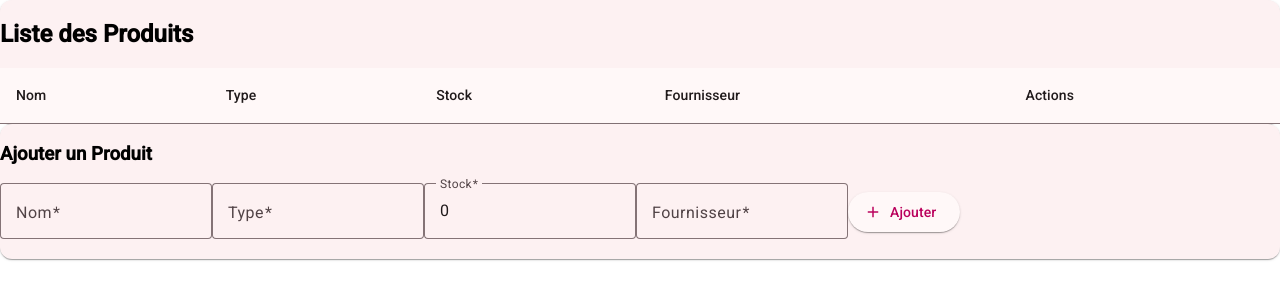
Repository: hadilXattia/Gestion_Production
Page: / (app in frontend-production/)
These files come from the project's save history. The page is drawn as it stood at one moment and after the next save; the edit follows.
The browser window is 1280 px wide. The pictures show the whole page.
The page's requests for data from a server got no answer. The project was rebuilt for these pictures with package versions that can differ from the ones it lists, and the page was loaded fresh each time. No one was signed in, and anything a server would have sent is missing. Also part of the build but not shown: frontend-production/angular.json, frontend-production/src/app/components/produit/ajouter-produit-dialog.component.ts, frontend-production/src/app/components/machine/machine.component.ts, frontend-production/src/app/services/machine.service.ts, frontend-production/src/app/components/technicien/technicien.component.ts, frontend-production/src/app/services/technicien.service.ts, frontend-production/src/app/components/ordre-fabrication/ordre-fabrication.component.ts, frontend-production/src/app/services/ordre-fabrication.service.ts and 2 more.

Above is the page before, as saved 2025-05-09 17:39:53.

### frontend-production/src/index.html
<!doctype html>
<html lang="en">
<head>
  <meta charset="utf-8">
  <title>FrontendProduction</title>
  <base href="/">
  <meta name="viewport" content="width=device-width, initial-scale=1">
  <link rel="icon" type="image/x-icon" href="favicon.ico">
  <link href="https://fonts.googleapis.com/css2?family=Roboto:wght@300;400;500&display=swap" rel="stylesheet">
  <link href="https://fonts.googleapis.com/icon?family=Material+Icons" rel="stylesheet">
</head>
<body class="mat-typography">
  <app-root></app-root>
</body>
</html>

### frontend-production/src/main.ts
import { bootstrapApplication } from '@angular/platform-browser';
import { AppComponent } from './app/app.component';
import { provideHttpClient } from '@angular/common/http';
import { importProvidersFrom } from '@angular/core';
import { FormsModule } from '@angular/forms';
import { provideRouter } from '@angular/router';
import { routes } from './app/app.routes';

bootstrapApplication(AppComponent, {
  providers: [
    provideHttpClient(),
    importProvidersFrom(FormsModule),
    provideRouter(routes)
  ]
});

### frontend-production/src/app/app.component.ts
import { Component } from '@angular/core';
import { RouterOutlet } from '@angular/router';

@Component({
  selector: 'app-root',
  imports: [RouterOutlet],
  templateUrl: './app.component.html',
  styleUrl: './app.component.css'
})
export class AppComponent {
  title = 'frontend-production';
}

### frontend-production/src/app/app.routes.ts
import { Routes } from '@angular/router';
import { ProduitComponent } from './components/produit/produit.component';
import { MachineComponent } from './components/machine/machine.component';
import { TechnicienComponent } from './components/technicien/technicien.component';
import { OrdreFabricationComponent } from './components/ordre-fabrication/ordre-fabrication.component';
import { MaintenanceComponent } from './components/maintenance/maintenance.component';

export const routes: Routes = [
  { path: 'produits', component: ProduitComponent },
  { path: 'machines', component: MachineComponent },
  { path: 'techniciens', component: TechnicienComponent },
  { path: 'ordres', component: OrdreFabricationComponent },
  { path: 'maintenances', component: MaintenanceComponent },
  { path: '', redirectTo: 'produits', pathMatch: 'full' },
  { path: '**', redirectTo: 'produits' }
];

### frontend-production/src/app/components/produit/produit.component.ts
import { Component, OnInit } from '@angular/core';
import { ProduitService } from '../../services/produit.service';
import { HttpClient } from '@angular/common/http';
import { NgFor ,CommonModule} from '@angular/common';
import { FormsModule } from '@angular/forms';
import { MatTableModule } from '@angular/material/table';
import { MatButtonModule } from '@angular/material/button';
import { MatFormFieldModule } from '@angular/material/form-field';
import { MatInputModule } from '@angular/material/input';
import { MatCardModule } from '@angular/material/card';
import { MatIconModule } from '@angular/material/icon';
import { AjouterProduitDialogComponent } from './ajouter-produit-dialog.component';

import { MatDialogModule, MatDialog } from '@angular/material/dialog';
@Component({
  selector: 'app-produit',
  standalone: true,
  imports: [NgFor,CommonModule, FormsModule,MatTableModule,
    MatButtonModule,
    MatFormFieldModule,
    MatDialogModule,
    MatInputModule,
    MatCardModule,
    MatIconModule],
  templateUrl: './produit.component.html',
  styleUrl: './produit.component.css'
})
export class ProduitComponent implements OnInit {
  produits: any[] = [];
  newProduit = {
    nom: '',
    type: '',
    stock: 0,
    fournisseur: ''
  };

constructor(private produitService: ProduitService, private dialog: MatDialog) {}
openAjouterDialog() {
  const dialogRef = this.dialog.open(AjouterProduitDialogComponent);

  dialogRef.afterClosed().subscribe(result => {
    if (result) {
      this.produitService.createProduit(result).subscribe(() => {
        this.loadProduits();
      });
    }
  });
}

  ngOnInit() {
    this.loadProduits();
  }

  loadProduits() {
    this.produitService.getProduits().subscribe(data => {
      this.produits = data;
    });
  }

  addProduit() {
    this.produitService.createProduit(this.newProduit).subscribe(() => {
      this.newProduit = { nom: '', type: '', stock: 0, fournisseur: '' };
      this.loadProduits();
    });
  }

  deleteProduit(id: number) {
    this.produitService.deleteProduit(id).subscribe(() => {
      this.loadProduits();
    });
  }
}

### frontend-production/src/app/components/produit/produit.component.html

<mat-card>
  <h2>Liste des Produits</h2>

  <table mat-table [dataSource]="produits" class="mat-elevation-z8" style="width: 100%;">
    <!-- Nom Column -->
    <ng-container matColumnDef="nom">
      <th mat-header-cell *matHeaderCellDef> Nom </th>
      <td mat-cell *matCellDef="let produit"> {{ produit.nom }} </td>
    </ng-container>

    <!-- Type Column -->
    <ng-container matColumnDef="type">
      <th mat-header-cell *matHeaderCellDef> Type </th>
      <td mat-cell *matCellDef="let produit"> {{ produit.type }} </td>
    </ng-container>

    <!-- Stock Column -->
    <ng-container matColumnDef="stock">
      <th mat-header-cell *matHeaderCellDef> Stock </th>
      <td mat-cell *matCellDef="let produit"> {{ produit.stock }} </td>
    </ng-container>

    <!-- Fournisseur Column -->
    <ng-container matColumnDef="fournisseur">
      <th mat-header-cell *matHeaderCellDef> Fournisseur </th>
      <td mat-cell *matCellDef="let produit"> {{ produit.fournisseur }} </td>
    </ng-container>

    <!-- Actions Column -->
    <ng-container matColumnDef="actions">
      <th mat-header-cell *matHeaderCellDef> Actions </th>
      <td mat-cell *matCellDef="let produit">
        <button mat-raised-button color="warn" (click)="deleteProduit(produit.id)">
          <mat-icon>delete</mat-icon> Supprimer
        </button>
      </td>
    </ng-container>

    <tr mat-header-row *matHeaderRowDef="['nom', 'type', 'stock', 'fournisseur', 'actions']"></tr>
    <tr mat-row *matRowDef="let row; columns: ['nom', 'type', 'stock', 'fournisseur', 'actions'];"></tr>
  </table>
</mat-card>

<mat-card class="mt-4">
  <h3>Ajouter un Produit</h3>
  <form (ngSubmit)="addProduit()" class="add-form">
    <mat-form-field appearance="outline" class="form-field">
      <mat-label>Nom</mat-label>
      <input matInput [(ngModel)]="newProduit.nom" name="nom" required>
    </mat-form-field>

    <mat-form-field appearance="outline" class="form-field">
      <mat-label>Type</mat-label>
      <input matInput [(ngModel)]="newProduit.type" name="type" required>
    </mat-form-field>

    <mat-form-field appearance="outline" class="form-field">
      <mat-label>Stock</mat-label>
      <input matInput type="number" [(ngModel)]="newProduit.stock" name="stock" required>
    </mat-form-field>

    <mat-form-field appearance="outline" class="form-field">
      <mat-label>Fournisseur</mat-label>
      <input matInput [(ngModel)]="newProduit.fournisseur" name="fournisseur" required>
    </mat-form-field>

    <button mat-raised-button color="primary" type="submit">
      <mat-icon>add</mat-icon> Ajouter
    </button>
  </form>
</mat-card>

### frontend-production/src/app/services/produit.service.ts
import { Injectable } from '@angular/core';
import { HttpClient } from '@angular/common/http';
import { Observable } from 'rxjs';

export interface Produit {
  id?: number;
  nom: string;
  type: string;
  stock: number;
  fournisseur: string;
}

@Injectable({
  providedIn: 'root'
})
export class ProduitService {
  private apiUrl = 'http://localhost:8080/api/produits';

  constructor(private http: HttpClient) {}

  getProduits(): Observable<Produit[]> {
    return this.http.get<Produit[]>(this.apiUrl);
  }

  createProduit(produit: Produit): Observable<Produit> {
    return this.http.post<Produit>(this.apiUrl, produit);
  }

  updateProduit(id: number, produit: Produit): Observable<Produit> {
    return this.http.put<Produit>(`${this.apiUrl}/${id}`, produit);
  }

  deleteProduit(id: number): Observable<void> {
    return this.http.delete<void>(`${this.apiUrl}/${id}`);
  }
}

Loaded but not shown: frontend-production/src/styles.css (common file); frontend-production/src/app/app.component.html (common file); frontend-production/src/app/app.component.css (no stored copy; drawn as an empty file); frontend-production/src/app/components/produit/produit.component.css (no stored copy; drawn as an empty file)

After the next save:
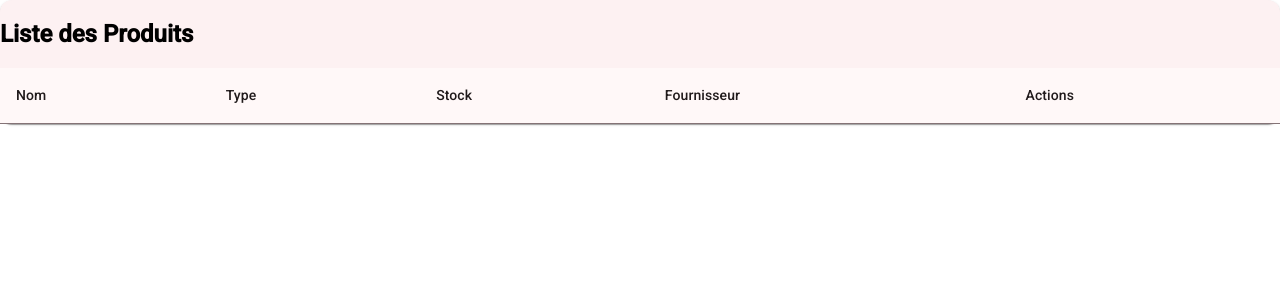
Saved 24 s later.
--- a/frontend-production/src/app/components/produit/produit.component.html
+++ b/frontend-production/src/app/components/produit/produit.component.html
@@ -42,7 +42,7 @@
   </table>
 </mat-card>
 
-<mat-card class="mt-4">
+<!-- <mat-card class="mt-4">
   <h3>Ajouter un Produit</h3>
   <form (ngSubmit)="addProduit()" class="add-form">
     <mat-form-field appearance="outline" class="form-field">
@@ -69,4 +69,4 @@
       <mat-icon>add</mat-icon> Ajouter
     </button>
   </form>
-</mat-card>
+</mat-card> -->
